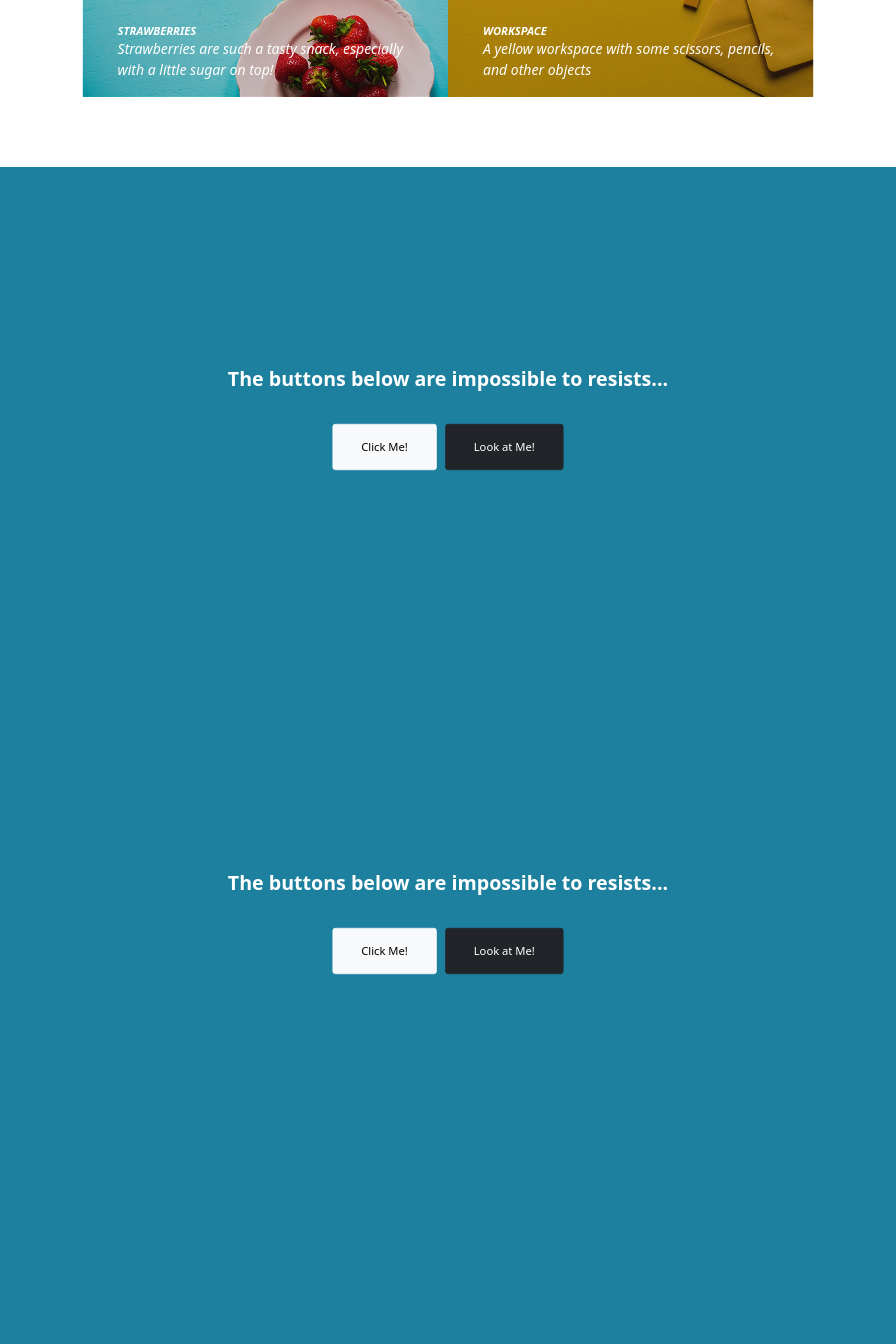
Repository: hoangpino/VE_FE_FrameWork_005
Page: lab06/index.html
These files come from the project's save history. The page is drawn as it stood at one moment and after the next save; the edit follows.
The browser window is 1280 px wide. The pictures show the part of the page from y = 3661 to 5581 px (the page is 6060 px tall before and 4620 px after), at 70% of full size.
Backgrounds fixed to the window are drawn as part of the page.

Above is the page before, as saved 2021-10-05 20:11:28.

After the next save:
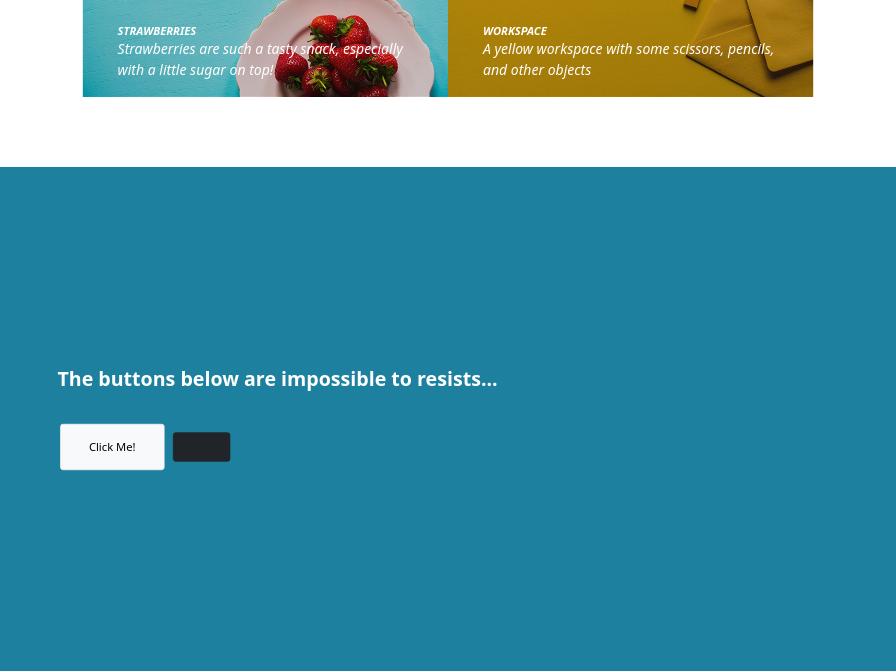
Saved 12 s later.
--- a/lab06/index.html
+++ b/lab06/index.html
@@ -42,8 +42,7 @@
                 <li class="sidebar-nav-item"><a href="#services">Services</a></li>
                 <li class="sidebar-nav-item"><a href="#callout">Callout</a></li>
                 <li class="sidebar-nav-item"><a href="#portfolio">Portfolio</a></li>
-                <li class="sidebar-nav-item"><a href="#action">Action</a></li>
-                <li class="sidebar-nav-item"><a href="#footer">Contacts</a></li>
+                <li class="sidebar-nav-item"><a href="#">Contacts</a></li>
             </ul>
         </div>
     </div>
@@ -161,29 +160,12 @@
 
     <!-- Action -->
     <section class="d-flex align-items-center" id="action">
-        <div class="container px-4-lg-5 text-center">
+        <div class="container px-4-lg-5 text center">
             <h3 class="mb-5">The buttons below are impossible to resists...</h3>
             <a href="#map" class="btn btn-light btn-xl mx-1">Click Me!</a>
-            <a href="#footer" class="btn btn-dark btn-xl mx-1">Look at Me!</a>
+            <a href="#footer" class="btn btn-dark btn-xl mx-1"></a>
         </div>
     </section>
-
-    <!-- Map -->
-    <section class="d-flex align-items-center" id="action">
-        <div class="container px-4-lg-5 text-center">
-            <h3 class="mb-5">The buttons below are impossible to resists...</h3>
-            <a href="#map" class="btn btn-light btn-xl mx-1">Click Me!</a>
-            <a href="#footer" class="btn btn-dark btn-xl mx-1">Look at Me!</a>
-        </div>
-    </section>
-
-    <!-- Footer -->
-    <section class="d-flex align-items-center" id="action">
-        <div class="container px-4-lg-5 text-center">
-        </div>
-    </section>
-
-
 
     <script src="https://cdn.jsdelivr.net/npm/bootstrap@5.1.1/dist/js/bootstrap.bundle.min.js"
         integrity="sha384-/bQdsTh/da6pkI1MST/rWKFNjaCP5gBSY4sEBT38Q/9RBh9AH40zEOg7Hlq2THRZ"
